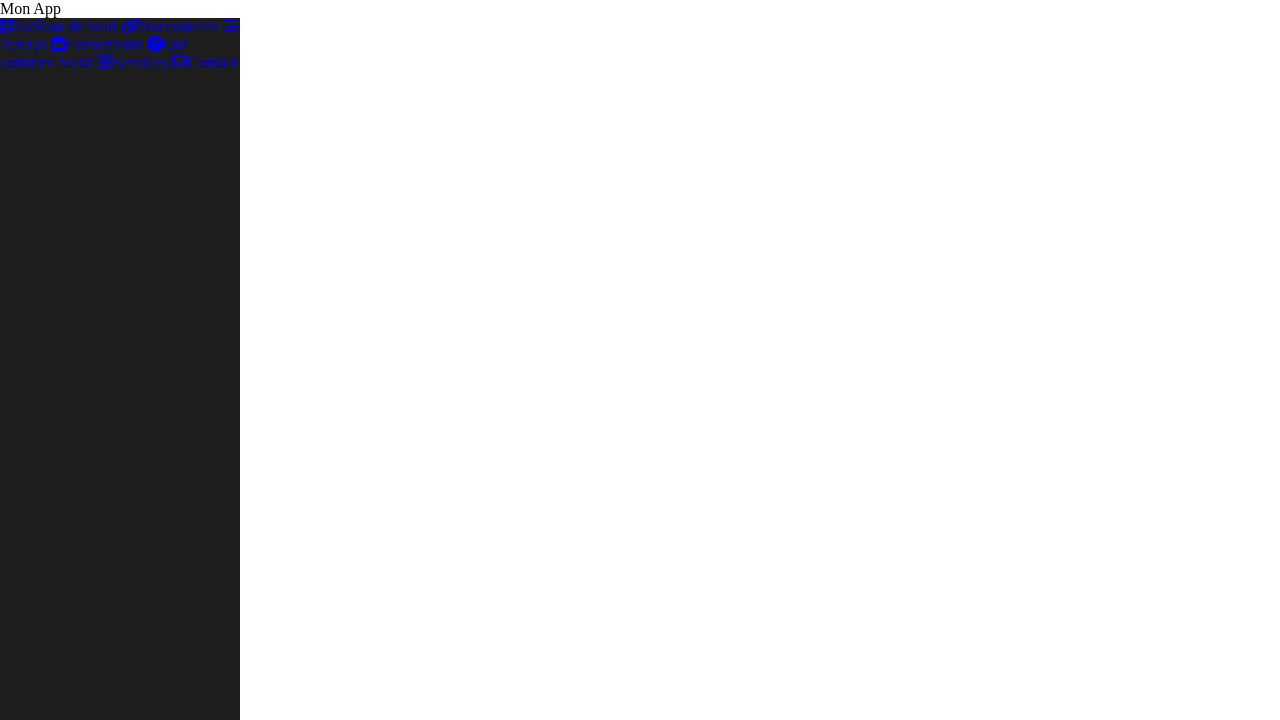
Repository: Alex-Serky/Dossier-Nav
Page: Nav-Responsive/index.html
These files come from the project's save history. The page is drawn as it stood at one moment and after the next save; the edit follows.
The browser window is 1280 px wide. The pictures show the whole page.
Some web fonts or font styles are not loaded; a fallback is used. Some web libraries are served in a nearby version.

Above is the page before, as saved 2020-02-21 15:59:38.

After the next save:
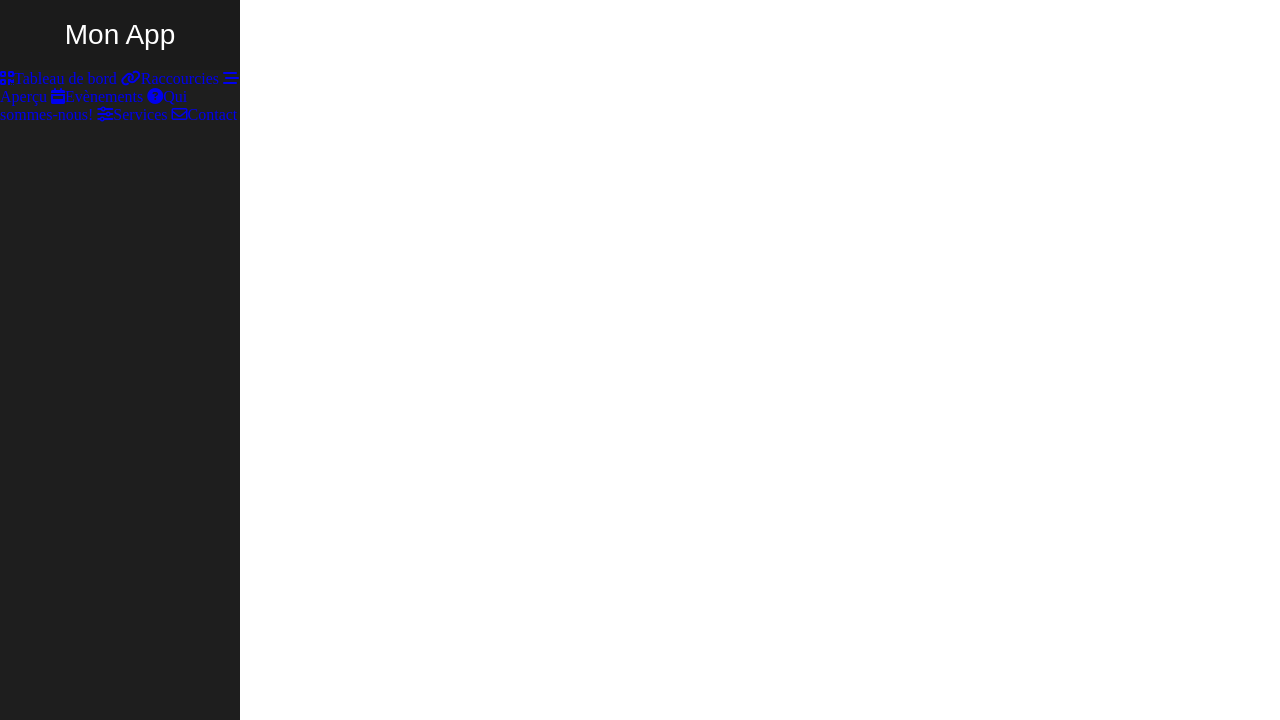
Saved 14 s later.
--- a/Nav-Responsive/index.html
+++ b/Nav-Responsive/index.html
@@ -10,8 +10,8 @@
 </head>
 
 <body>
-    <header>Mon App</header>
     <div class="sidebar">
+        <header>Mon App</header>
         <a href="#"><i class="fas fa-qrcode"></i><span>Tableau de bord</span></a>
         <a href="#"><i class="fas fa-link"></i><span>Raccourcies</span></a>
         <a href="#"><i class="fas fa-stream"></i><span>Aperçu</span></a>
